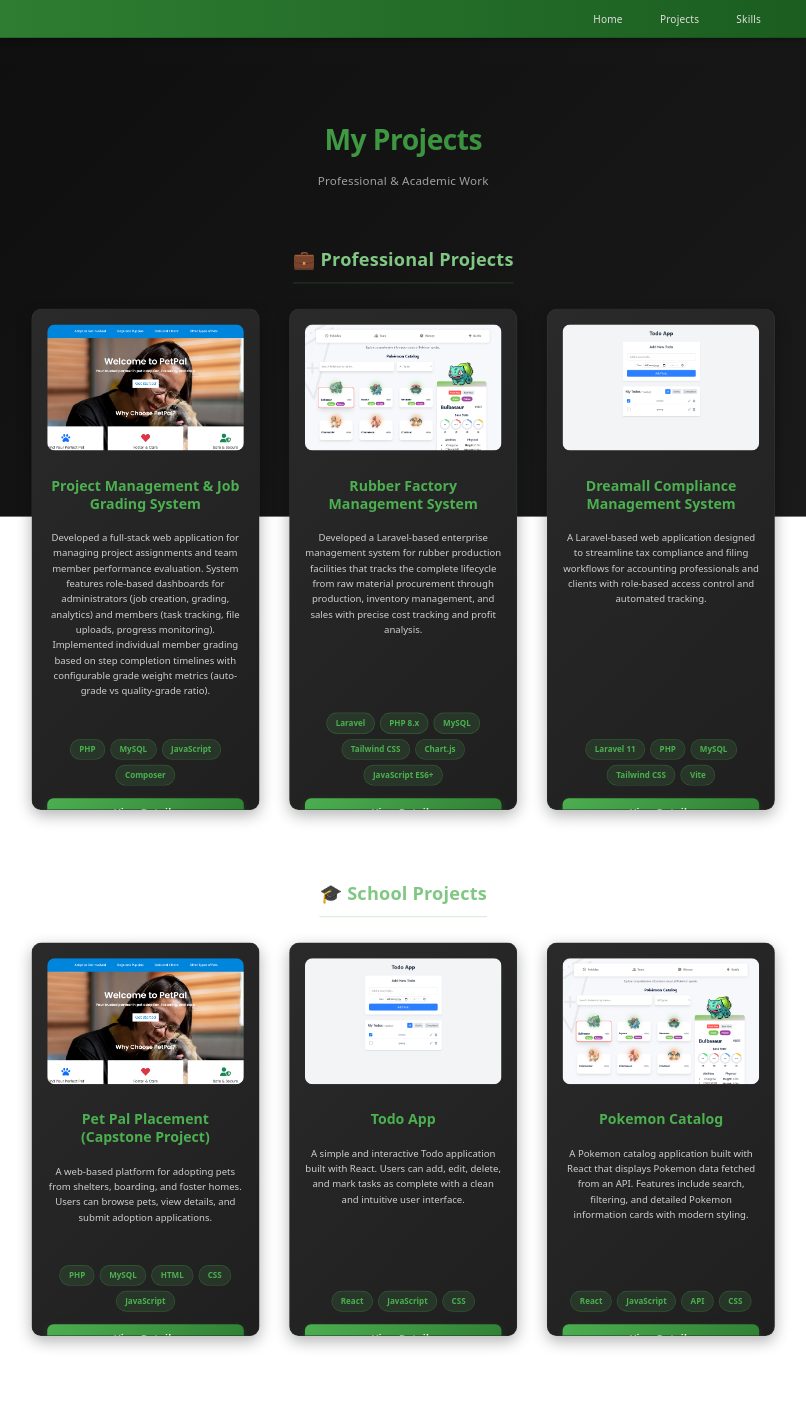
Repository: SAYANA11/portfolio
Page: /Projects
These files come from the project's save history. The page is drawn as it stood at one moment and after the next save; the edit follows.
The browser window is 1280 px wide. The pictures show the whole page, at 63% of full size.
The project was rebuilt for these pictures with package versions that can differ from the ones it lists, and the page was loaded fresh each time. Also part of the build but not shown: vite.config.js, src/components/Hero.jsx, src/components/Skills.css, src/components/Skills.jsx.

Above is the page before, as saved 2026-02-17 16:39:51.

After the next save:
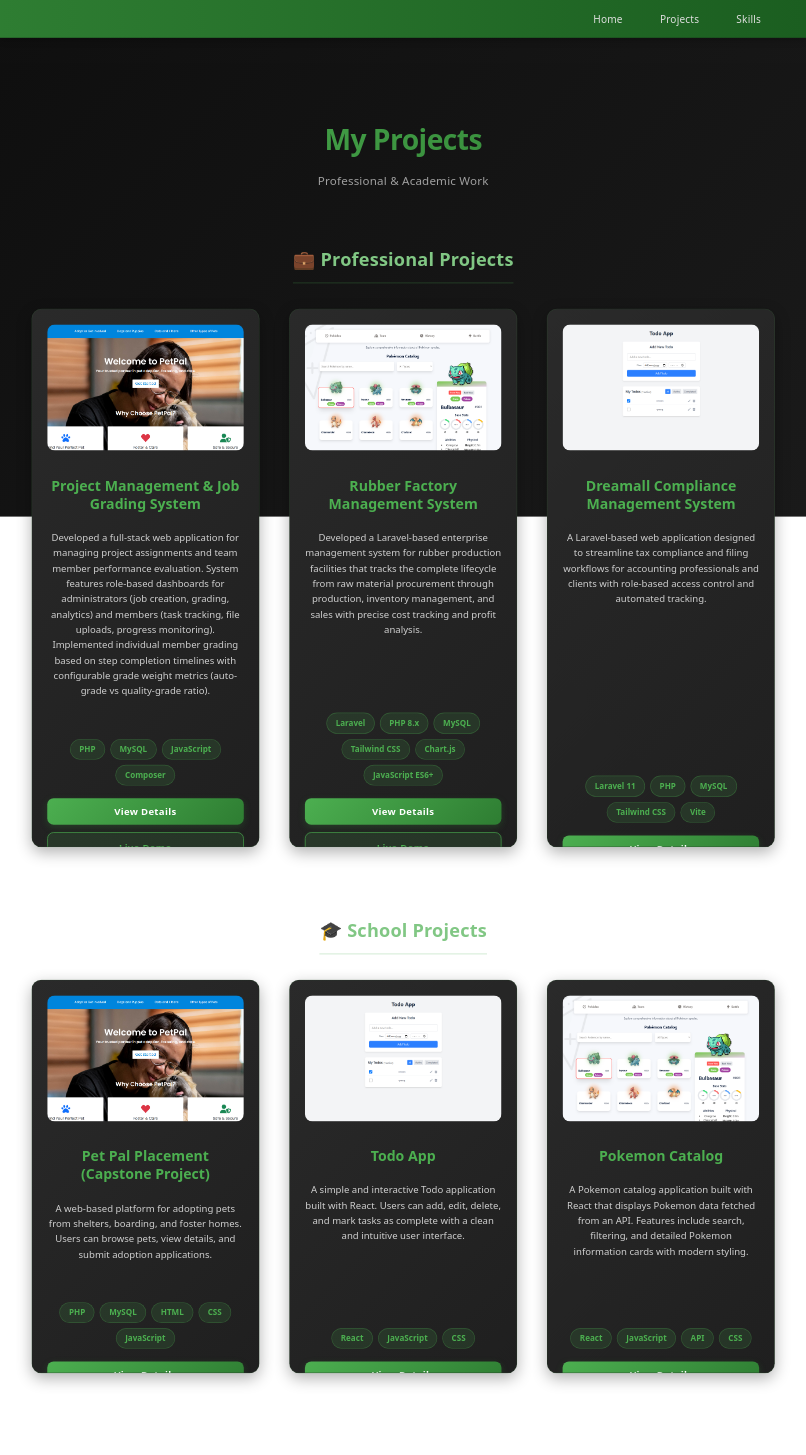
Saved 88 s later.
--- a/src/components/Projects.jsx
+++ b/src/components/Projects.jsx
@@ -26,6 +26,7 @@ const Projects = () => {
       fullDescription: "Project Management & Job Grading System - A comprehensive solution for project assignment management and performance evaluation.\n\nKey Features:\n• Role-based access control with admin and member portals\n• Individual member grading system with step-based task tracking\n• Secure file management with validation (extension whitelist, MIME type checking, size limits)\n• Real-time notification system with read/unread announcement tracking\n• Monthly analytics dashboard with performance trends and project status distribution\n• Advanced search and filtering for jobs, members, and archived items\n• Email integration using PHPMailer for alerts and notifications\n• Multi-job Excel export API supporting bulk exports (up to 500 jobs) with CSRF validation, rate limiting, and timezone-aware formatting\n• OAuth2-based Google Drive backup system with secure offline token management; two-step authorization flow with persistent refresh tokens for automated backups",
       image: projectImage1,
       technologies: ["PHP", "MySQL", "JavaScript", "Composer"],
+      liveDemo: "https://accouting-office.netlify.app/login.html",
     },
     {
       id: "2",
@@ -34,6 +35,7 @@ const Projects = () => {
       fullDescription: "Rubber Factory Management System - Enterprise solution for rubber production management.\n\nHow It Works:\n• Purchase data → Milling process → Drying (for AGE products) → Baling → Inventory creation with locked cost-per-kg\n• Inventory uses FIFO allocation for sales with weighted-average costing across multiple production batches\n• Excess weights from multiple batches intelligently combine into new bales\n• Automated profit calculations with real-time financial reporting\n\nKey Features:\n• Multi-user role-based access (Admin, Project Manager, Member) with branch isolation\n• Production management (daily reports, milling, drying, baling, excess combinations)\n• Advanced inventory system with permanent cost-locking and FIFO ordering\n• Sales tracking with weighted-average costing and profit margin reporting\n• Modern dark/light mode UI with responsive design and real-time search\n• Optimized database with indexed queries (<1ms response time)",
       image: projectImage3,
       technologies: ["Laravel", "PHP 8.x", "MySQL", "Tailwind CSS", "Chart.js", "JavaScript ES6+"],
+      liveDemo: "https://rubber-factory.netlify.app/#",
     },
     {
       id: "3",
